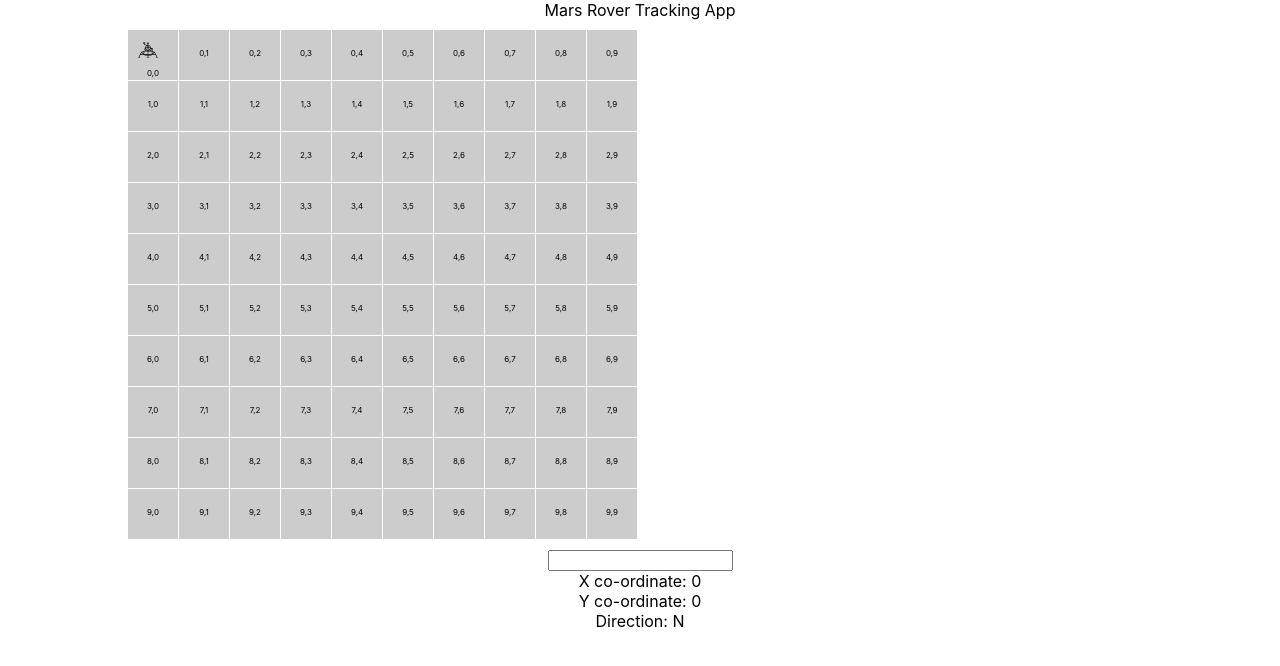
Repository: madhurisandbhor/Rover-Tracking-App
Page: /
The author's editor kept a copy of each file at every save. The page is drawn from the files as they stood at one save, then again after the next save.
The browser window is 1280 px wide. The pictures show the whole page.
The project was rebuilt for these pictures with package versions that can differ from the ones it lists, and the page was loaded fresh each time.

Above is the page before, as saved 2021-09-06 19:07:21.

After the next save:
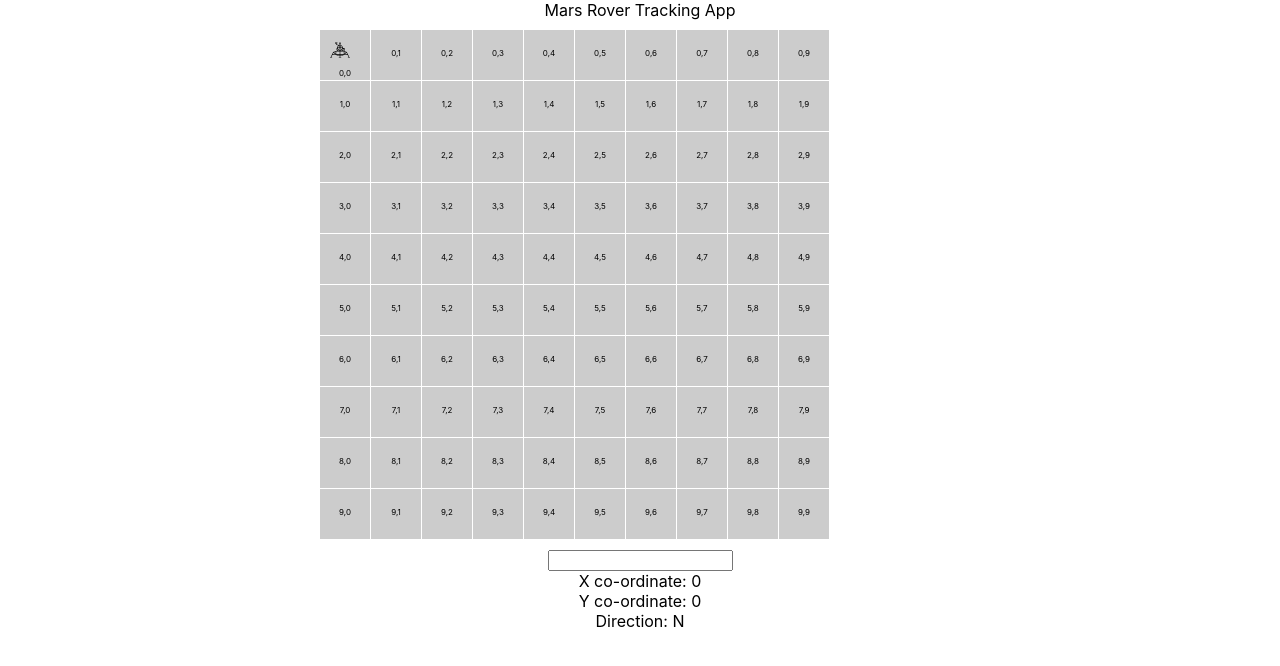
Saved 30 s later.
--- a/src/Grid.jsx
+++ b/src/Grid.jsx
@@ -4,7 +4,7 @@ import testGrid from './testGrid'
 import roverIcon from './svg/rover-icon.svg'
 
 const wrapper = {
-  width: '80%',
+  width: '50%',
   margin: '10px auto',
   display: 'grid',
   gridTemplateColumns: `repeat(${maxY + 1}, 50px)`,
